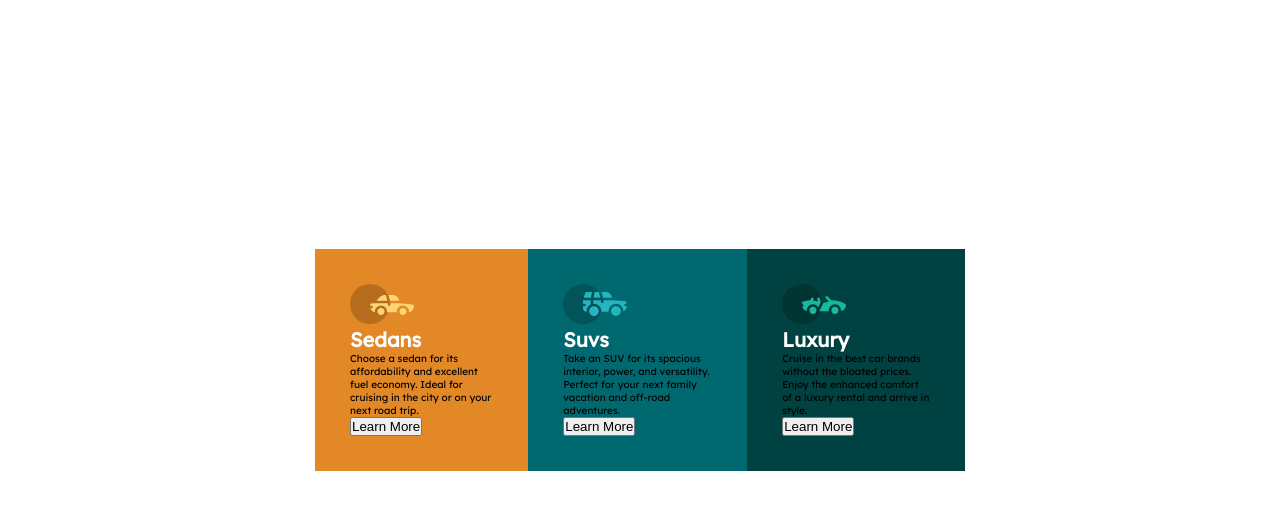
Repository: thaibaocoder1/3-column-card
Page: index.html
The author's editor kept a copy of each file at every save. The page is drawn from the files as they stood at one save, then again after the next save.
The browser window is 1280 px wide. The pictures show the whole page.

Above is the page before, as saved 2023-01-11 20:55:35.

### index.html
<!DOCTYPE html>
<html lang="en">
<head>
  <meta charset="UTF-8">
  <meta name="viewport" content="width=device-width, initial-scale=1.0">
  <link rel="icon" type="image/png" sizes="32x32" href="./images/favicon-32x32.png">
  <title>Frontend Mentor | 3-column preview card component</title>
  <link rel="preconnect" href="https://fonts.googleapis.com">
  <link rel="preconnect" href="https://fonts.gstatic.com" crossorigin>
  <link href="https://fonts.googleapis.com/css2?family=Big+Shoulders+Display:wght@700&family=Lexend+Deca&display=swap" rel="stylesheet">
  <link rel="stylesheet" href="./styles.css">
</head>
<body>

  <main class="container">
    <div class="container__box container__box--one">
      <img src="./images/icon-sedans.svg" alt="" class="container--image">
      <h1 class="container--heading">Sedans</h1>
      <p class="container--content">
        Choose a sedan for its affordability and excellent fuel economy. Ideal for cruising in the city
        or on your next road trip.
      </p>
      <button class="container--btn">Learn More</button>
    </div>

    <div class="container__box container__box--two">
      <img src="./images/icon-suvs.svg" alt="" class="container--image">
      <h1 class="container--heading">Suvs</h1>
      <p class="container--content">
        Take an SUV for its spacious interior, power, and versatility. Perfect for your next family vacation
        and off-road adventures.
      </p>
      <button class="container--btn">Learn More</button>
    </div>

    <div class="container__box container__box--three">
      <img src="./images/icon-luxury.svg" alt="" class="container--image">
      <h1 class="container--heading">Luxury</h1>
      <p class="container--content">
        Cruise in the best car brands without the bloated prices. Enjoy the enhanced comfort of a luxury
        rental and arrive in style.
      </p>
      <button class="container--btn">Learn More</button>
    </div>
  </main>


</body>
</html>

### styles.css
* {
    margin: 0;
    padding: 0;
    box-sizing: border-box;
}
html {
    font-size: 62.5%;
}
body {
    text-rendering: optimizeLegibility;
    scroll-behavior: smooth;
    font-family: 'Big Shoulders Display', cursive;
    font-family: 'Lexend Deca', sans-serif;
    display: flex;
    align-items: center;
    justify-content: center;
    min-height: calc(100vh - 1px);
}
:root {
    --bright-orange: hsl(31, 77%, 52%);
    --dark-cyan: hsl(184, 100%, 22%);
    --very-dark-cyan: hsl(179, 100%, 13%);
    --white-p:  hsla(0, 0%, 100%, 0.75);
    --light-gray: hsl(0, 0%, 95%);
}
.container {
    max-width: 65rem;
    margin: 0 auto;
    background-color: var(--light-gray);
    display: flex;
    align-items: stretch;
    justify-content: center;
}
.container .container__box--one {
    background-color: var(--bright-orange);
}
.container .container__box--two {
    background-color: var(--dark-cyan);
}
.container .container__box--three {
    background-color: var(--very-dark-cyan);
}
.container .container__box {
    padding: 3.5rem;
}
.container__box .container--heading {
    color: #fff;
}

After the next save:
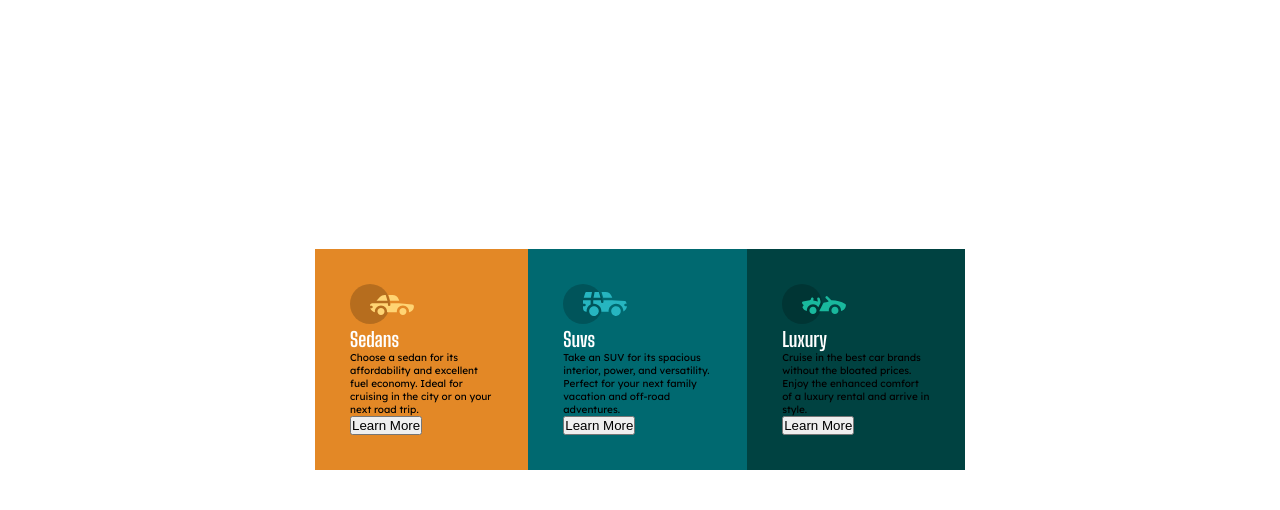
Saved 15 s later.
--- a/styles.css
+++ b/styles.css
@@ -45,4 +45,5 @@ body {
 }
 .container__box .container--heading {
     color: #fff;
+    font-family: 'Big Shoulders Display', cursive;
 }
